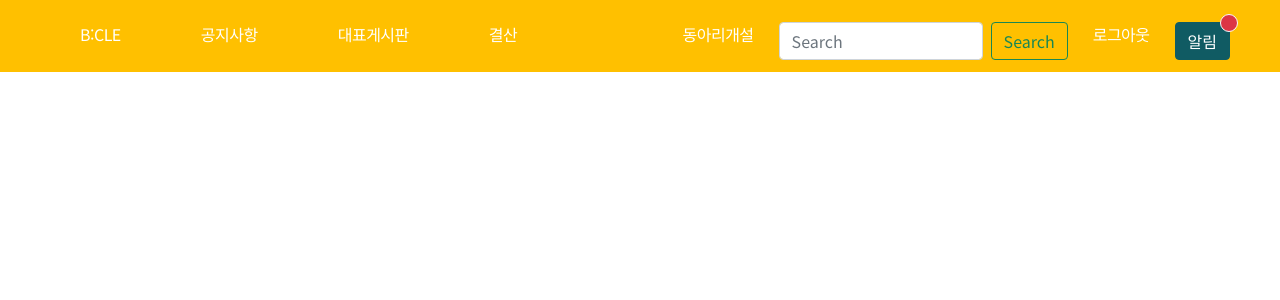
Repository: CHAEYUN7074/SpringProject_Bcle
Page: http://localhost/Bcle/navLogin.jsp
The author's editor kept a copy of each file at every save. The page is drawn from the files as they stood at one save, then again after the next save.
The browser window is 1280 px wide. The pictures show the whole page.
Some web fonts or font styles are not loaded; a fallback is used. The page is served by Tomcat 9.

Above is the page before, as saved 2021-12-18 05:24:42.

After the next save:
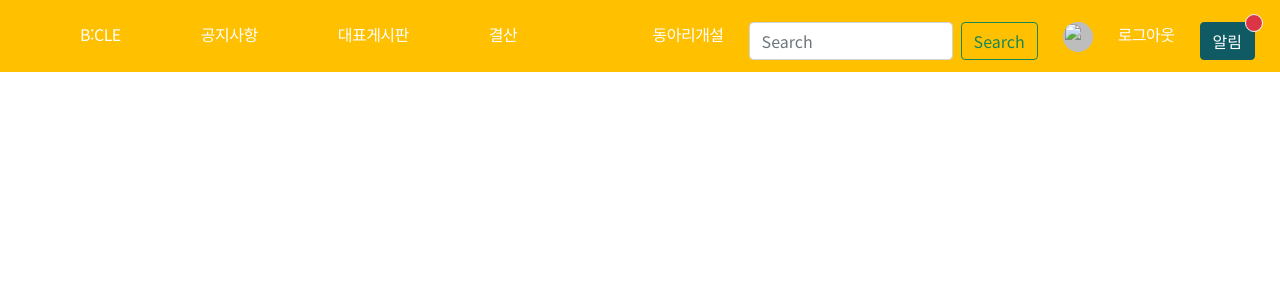
Not found: Bcle/images/tistory.JPG
Saved 110 s later.
--- a/Bcle/WebContent/navLogin.jsp
+++ b/Bcle/WebContent/navLogin.jsp
@@ -144,6 +144,20 @@ header {
     background-color: #105b63;
     border-color: #105b63;
 }
+
+.box {
+    width: 30px;
+    height: 30px;
+    border-radius: 70%;
+    overflow: hidden;
+}
+.profile {
+    width: 100%;
+    height: 100%;
+    object-fit: cover;
+}
+
+
 </style>
 
 
@@ -174,7 +188,9 @@ header {
                </li>
 
 				<li>
-
+				<div class="box" style="background: #BDBDBD;">
+    				<img class="profile" src="/images/tistory.JPG">
+				</div>
 				</li>
 
 
